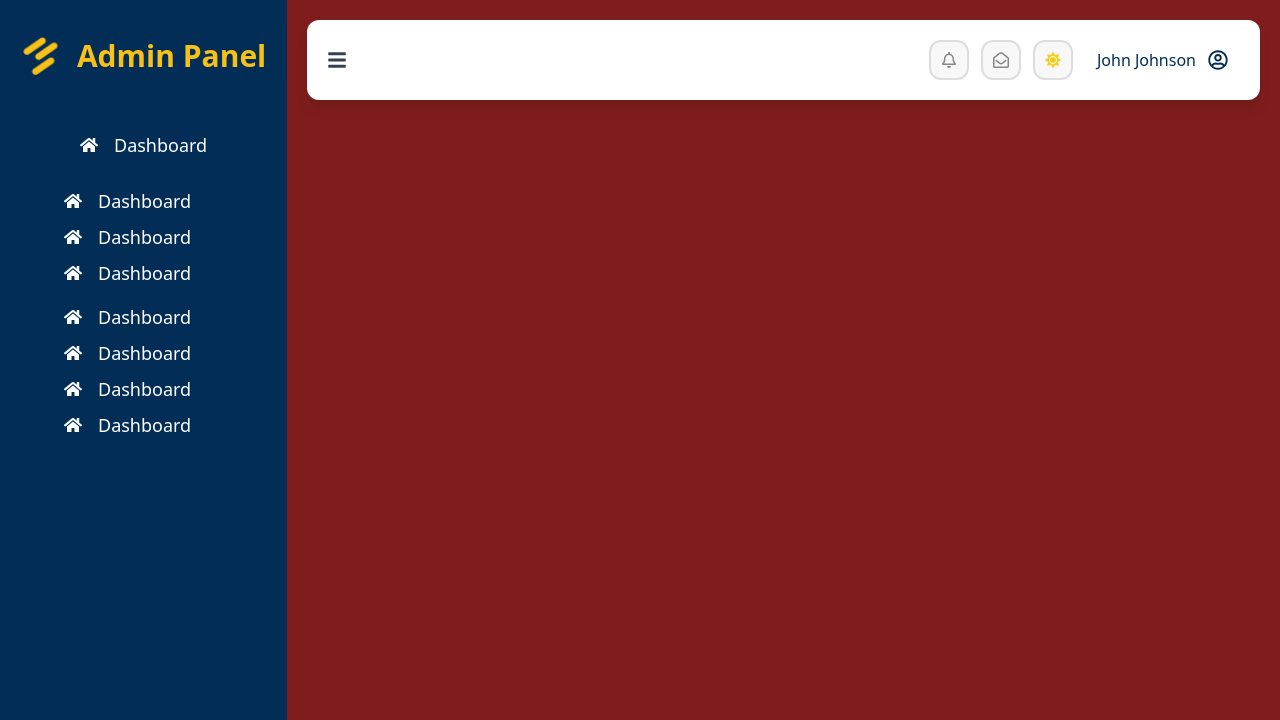
Repository: farrelmuhammad/redesign-bo
Page: /
These files come from the project's save history. The page is drawn as it stood at one moment and after the next save; the edit follows.
The browser window is 1280 px wide. The pictures show the whole page.
The project was rebuilt for these pictures with package versions that can differ from the ones it lists, and the page was loaded fresh each time. Also part of the build but not shown: src/App.css.

Above is the page before, as saved 2024-03-02 19:54:12.

### src/App.tsx
import React from 'react';
import logo from './logo.svg';
import './App.css';
import Navbar from './components/Navbar';
import Sidebar from './components/Sidebar';

function App() {
  return (
    <section className='bg-red-900 h-screen w-screen flex font-poppins text-white'>
      <Sidebar />
      <Navbar />
    </section>
  );
}

export default App;

### src/components/Navbar.tsx
import React from 'react'
import { FaBars, FaMoon, FaRegBell, FaRegEnvelopeOpen, FaRegUserCircle, FaSun } from "react-icons/fa";

const Navbar = () => {
    return (
        <nav className='bg-white h-20 w-full flex flex-row justify-between items-center px-5 m-5 rounded-xl shadow-lg'>
            <div className="flex flex-1 justify-start items-center">
                <button className='text-xl text-gray-700 hover:text-black'>
                    <FaBars />
                </button>
            </div>
            <div className="flex flex-1 flex-row gap-3 justify-end items-end">
                <button className='flex justify-center items-center h-10 w-10 text-[#868686] bg-[#F8F8F8] rounded-xl border-[2px] border-[#DDDDDD] hover:border-gray-500 hover:text-gray-500'>
                    <FaRegBell />
                </button>
                <button className='flex justify-center items-center h-10 w-10 text-[#868686] bg-[#F8F8F8] rounded-xl border-[2px] border-[#DDDDDD] hover:border-gray-500 hover:text-gray-500'>
                    <FaRegEnvelopeOpen />
                </button>
                <button className='flex justify-center items-center h-10 w-10 rounded-xl border-[2px] border-[#DDDDDD] bg-[#F8F8F8] text-yellow-400 hover:border-gray-500 hover:text-yellow-500'>
                    <FaSun />
                    {/* <FaMoon /> */}
                </button>
                <button className='flex flex-row justify-center items-center py-2 px-3 gap-3 text-[#022D57] hover:text-[#1e183a]'>
                    John Johnson <FaRegUserCircle className='text-xl' />
                </button>
            </div>
        </nav>
    )
}

export default Navbar

### src/components/Sidebar.tsx
import React from 'react'
import Logo from '../assets/images/Logo.png'
import { FaHome } from 'react-icons/fa'

const Sidebar = () => {
    return (
        <aside className='flex flex-col h-full w-1/4 justify-start items-center bg-[#022D57] py-5'>
            <div className="flex flex-row h-20 justify-start gap-4 items-center">
                <img className="h-10 w-10" src={Logo} alt="" />
                <h1 className='font-bold text-3xl text-[#F9C017]'>Admin Panel</h1>
            </div>
            <div className="flex flex-col h-full w-full justify-start gap-4 items-start py-5 px-16">
                <ul className='flex flex-col gap-2 w-full font-medium text-lg'>
                    <li className='w-full'>
                        <button className='flex flex-row justify-start w-full items-center gap-4 py-5 px-4 hover:rounded-xl hover:bg-[#3996DC] hover:bg-opacity-[20%] hover:'>
                        <FaHome /> Dashboard
                        </button>
                    </li>
                    <li className='flex flex-row justify-start items-center gap-4'>
                        <FaHome /> Dashboard
                    </li>
                    <li className='flex flex-row justify-start items-center gap-4'>
                        <FaHome /> Dashboard
                    </li>
                    <li className='flex flex-row justify-start items-center gap-4'>
                        <FaHome /> Dashboard
                    </li>
                </ul>
                <ul className='flex flex-col gap-2 font-medium text-lg'>
                    <li className='flex flex-row justify-start items-center gap-4'>
                        <FaHome /> Dashboard
                    </li>
                    <li className='flex flex-row justify-start items-center gap-4'>
                        <FaHome /> Dashboard
                    </li>
                    <li className='flex flex-row justify-start items-center gap-4'>
                        <FaHome /> Dashboard
                    </li>
                    <li className='flex flex-row justify-start items-center gap-4'>
                        <FaHome /> Dashboard
                    </li>
                </ul>
            </div>
        </aside>
    )
}

export default Sidebar

Loaded but not shown: public/index.html (common file); src/index.tsx (common file); src/index.css (common file); src/reportWebVitals.ts (common file); tailwind.config.js (common file)

After the next save:
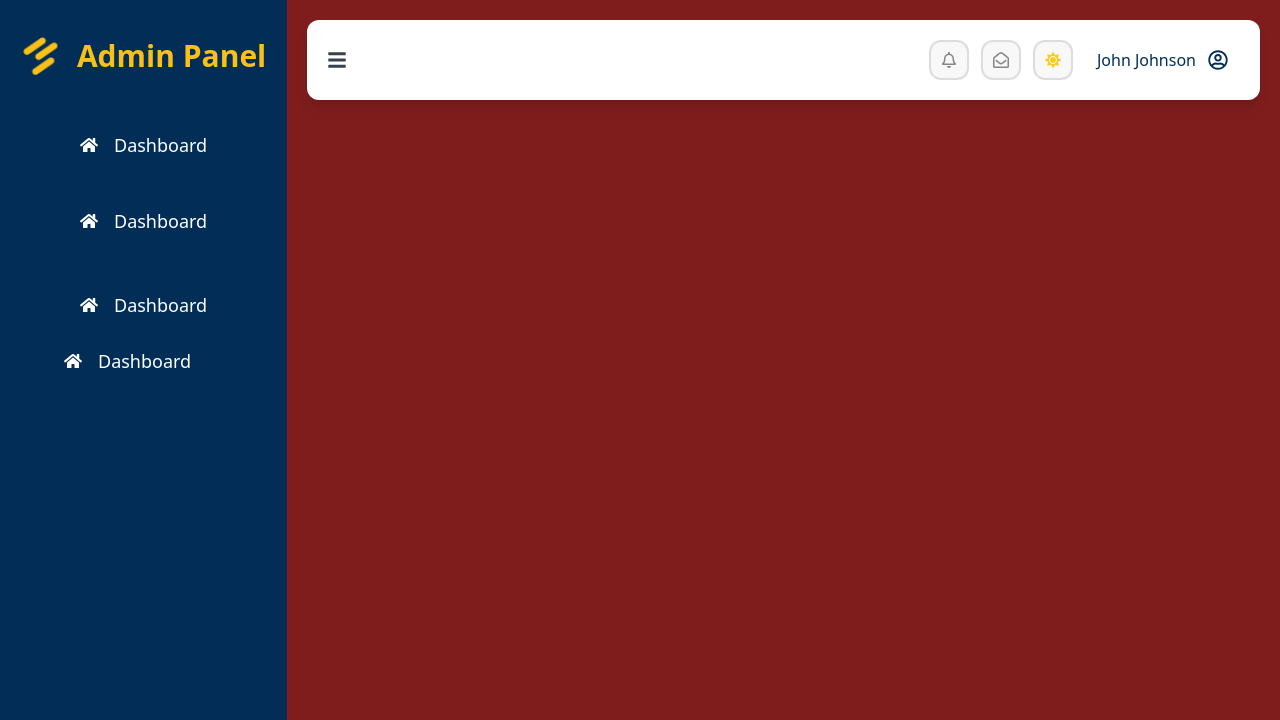
Saved 21 s later.
--- a/src/components/Sidebar.tsx
+++ b/src/components/Sidebar.tsx
@@ -16,25 +16,17 @@ const Sidebar = () => {
                         <FaHome /> Dashboard
                         </button>
                     </li>
-                    <li className='flex flex-row justify-start items-center gap-4'>
+                    <li className='w-full'>
+                        <button className='flex flex-row justify-start w-full items-center gap-4 py-5 px-4 hover:rounded-xl hover:bg-[#3996DC] hover:bg-opacity-[20%] hover:'>
                         <FaHome /> Dashboard
-                    </li>
-                    <li className='flex flex-row justify-start items-center gap-4'>
-                        <FaHome /> Dashboard
-                    </li>
-                    <li className='flex flex-row justify-start items-center gap-4'>
-                        <FaHome /> Dashboard
+                        </button>
                     </li>
                 </ul>
                 <ul className='flex flex-col gap-2 font-medium text-lg'>
-                    <li className='flex flex-row justify-start items-center gap-4'>
+                    <li className='w-full'>
+                        <button className='flex flex-row justify-start w-full items-center gap-4 py-5 px-4 hover:rounded-xl hover:bg-[#3996DC] hover:bg-opacity-[20%] hover:'>
                         <FaHome /> Dashboard
-                    </li>
-                    <li className='flex flex-row justify-start items-center gap-4'>
-                        <FaHome /> Dashboard
-                    </li>
-                    <li className='flex flex-row justify-start items-center gap-4'>
-                        <FaHome /> Dashboard
+                        </button>
                     </li>
                     <li className='flex flex-row justify-start items-center gap-4'>
                         <FaHome /> Dashboard
